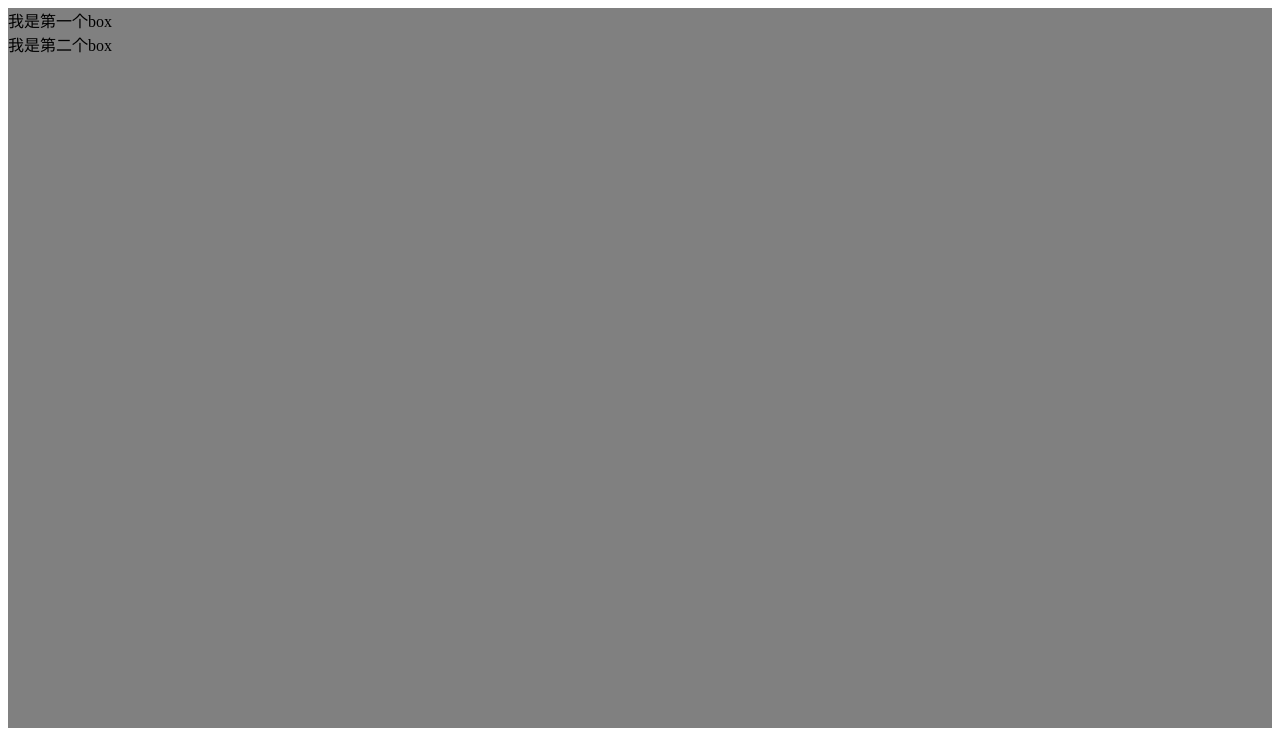
Repository: nanfengovo/CSS
Page: heightandwidth.html
These files come from the project's save history. The page is drawn as it stood at one moment and after the next save; the edit follows.
The browser window is 1280 px wide. The pictures show the whole page.

Above is the page before, as saved 2025-01-01 11:03:49.

After the next save:
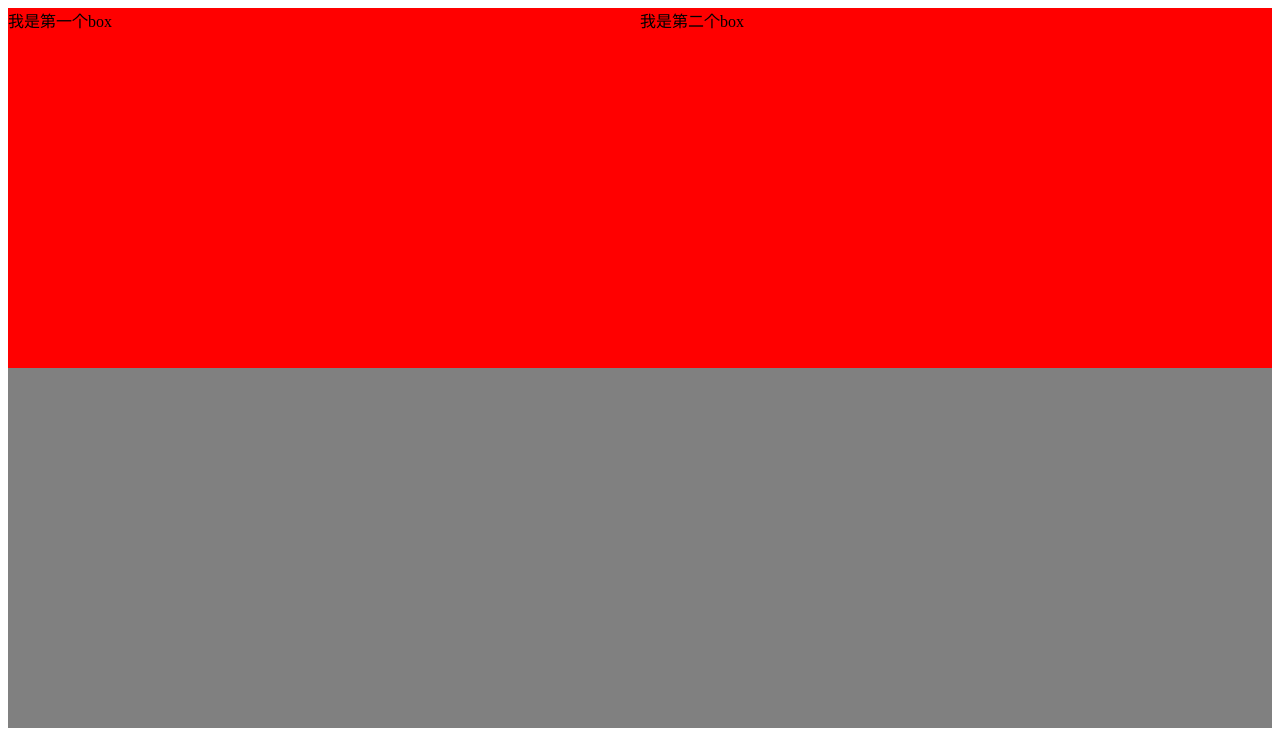
Saved 6 s later.
--- a/heightandwidth.html
+++ b/heightandwidth.html
@@ -9,6 +9,12 @@
             height: 100vh;
             background-color: gray;
         }
+        .box{
+            width: 50%;
+            height: 50%;
+            background-color: red;
+            float: left;
+        }
     </style>
 </head>
 <body>
